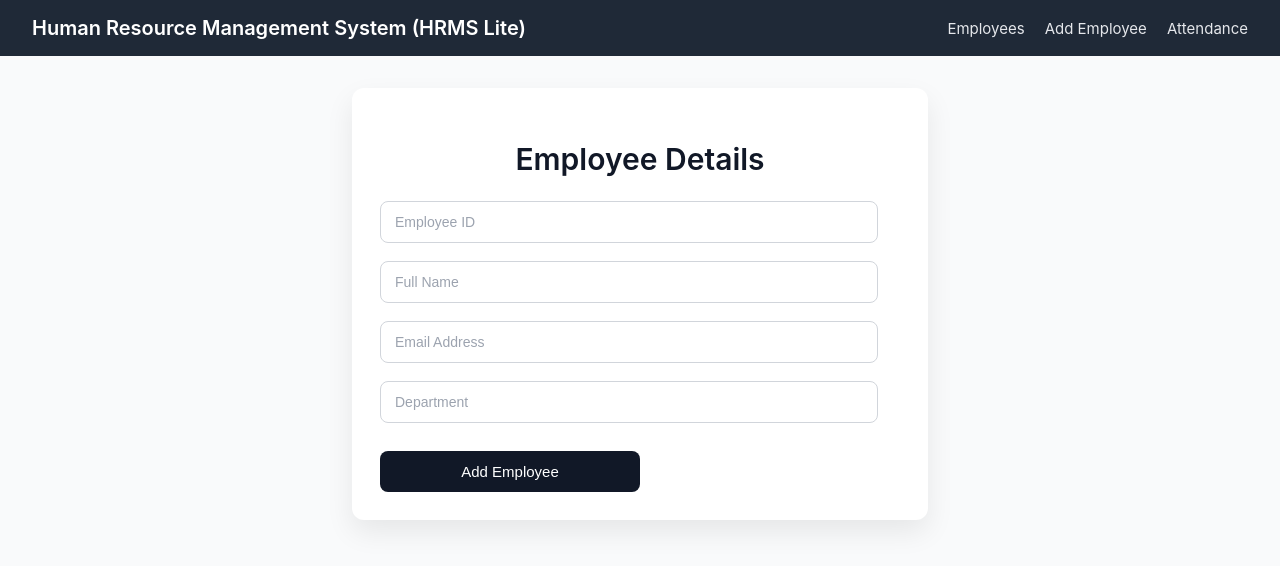
Repository: gautamsonam011/hrmsfrontend
Page: /employees/add
These files come from the project's save history. The page is drawn as it stood at one moment and after the next save; the edit follows.
The browser window is 1280 px wide. The pictures show the whole page.
The project was rebuilt for these pictures with package versions that can differ from the ones it lists, and the page was loaded fresh each time. Also part of the build but not shown: src/components/Loader.jsx, src/components/EmptyState.jsx, src/pages/Employees.jsx, src/components/ErrorState.jsx, src/pages/Attendance.jsx, src/api/attendanceApi.js, src/pages/AddAttendance.jsx.

Above is the page before, as saved 2026-01-31 19:20:01.

### public/index.html
<!DOCTYPE html>
<html lang="en">
  <head>
    <meta charset="utf-8" />
    <link rel="icon" href="%PUBLIC_URL%/favicon.ico" />
    <meta name="viewport" content="width=device-width, initial-scale=1" />
    <meta name="theme-color" content="#000000" />
    <meta
      name="description"
      content="Web site created using create-react-app"
    />
    <link rel="apple-touch-icon" href="%PUBLIC_URL%/logo192.png" />
    <!--
      manifest.json provides metadata used when your web app is installed on a
      user's mobile device or desktop. See https://developers.google.com/web/fundamentals/web-app-manifest/
    -->
    <link rel="manifest" href="%PUBLIC_URL%/manifest.json" />
    <!--
      Notice the use of %PUBLIC_URL% in the tags above.
      It will be replaced with the URL of the `public` folder during the build.
      Only files inside the `public` folder can be referenced from the HTML.

      Unlike "/favicon.ico" or "favicon.ico", "%PUBLIC_URL%/favicon.ico" will
      work correctly both with client-side routing and a non-root public URL.
      Learn how to configure a non-root public URL by running `npm run build`.
    -->
    <title>HRMS</title>
  </head>
  <body>
    <noscript>You need to enable JavaScript to run this app.</noscript>
    <div id="root"></div>
    <!--
      This HTML file is a template.
      If you open it directly in the browser, you will see an empty page.

      You can add webfonts, meta tags, or analytics to this file.
      The build step will place the bundled scripts into the <body> tag.

      To begin the development, run `npm start` or `yarn start`.
      To create a production bundle, use `npm run build` or `yarn build`.
    -->
  </body>
</html>

### src/App.js
import { BrowserRouter, Routes, Route } from "react-router-dom";
import "./style.css";
import Navbar from "./components/Navbar";
import Employees from "./pages/Employees";
import AddEmployee from "./pages/AddEmployee";
import Attendance from "./pages/Attendance";
import AddAttendance from "./pages/AddAttendance";

function App() {
  return (
    <BrowserRouter>
      <Navbar />
      <Routes>
        <Route path="/" element={<Employees />} />
        <Route path="/employees/add" element={<AddEmployee />} />
        <Route path="/attendance/add" element={<AddAttendance />} />
        <Route path="/attendance/:id" element={<Attendance />} />
      </Routes>
    </BrowserRouter>
  );
}

export default App;

### src/style.css

/* Global */
body {
  margin: 0;
  font-family: "Inter", system-ui, -apple-system, BlinkMacSystemFont;
  background-color: #f9fafb;
  color: #111827;
}

/* Page wrapper */
.page {
  padding: 24px;
}

/* Card */
.card {
  background: #ffffff;
  border-radius: 8px;
  padding: 20px;
  box-shadow: 0 4px 12px rgba(0, 0, 0, 0.05);
}

/* Headings */
.page-title {
  font-size: 22px;
  font-weight: 600;
  margin-bottom: 16px;
}

/* Buttons */
.btn {
  padding: 10px 16px;
  border-radius: 6px;
  border: none;
  cursor: pointer;
  font-size: 14px;
}

.btn-primary {
  background-color: #2563eb;
  color: white;
}

.btn-danger {
  background-color: #dc2626;
  color: white;
}

.btn-secondary {
  background-color: #e5e7eb;
}

/* Inputs */
.input,
.select {
  padding: 10px;
  border-radius: 6px;
  border: 1px solid #d1d5db;
  font-size: 14px;
  width: 100%;
}

.input:focus,
.select:focus {
  outline: none;
  border-color: #2563eb;
}

.form-grid {
  display: grid;
  grid-template-columns: repeat(auto-fit, minmax(220px, 1fr));
  gap: 16px;
}

.table {
  width: 90%;
  border-collapse: collapse;
  margin-top: 50px;
  margin:30px;
  background-color:#f8fcfc
}

.table th {
  text-align: left;
  background: #f3f4f6;
  padding: 12px;
  font-size: 13px;
  font-weight: 600;
}

.table td {
  padding: 12px;
  border-bottom: 1px solid #e5e7eb;
  font-size: 14px;
}

.table tr:hover {
  background-color: #f9fafb;
}

/* ===== Add Employee Form ===== */
.employee-form-wrapper {
  display: flex;
  justify-content: center;
  padding: 32px 16px;
}

.employee-form {
  background: #ffffff;
  width: 100%;
  max-width: 520px;
  padding: 28px;
  border-radius: 12px;
  box-shadow: 0 12px 28px rgba(0, 0, 0, 0.08);
}

.employee-form-title {
  font-size: 30px;
  font-weight: 600;
  text-align: center;
  margin-bottom: 24px;
  color: #111827;
}

/* Form fields */
.employee-form-group {
  margin-bottom: 18px;
}

.employee-input {
  width: 90%;
  padding: 12px 14px;
  font-size: 14px;
  border-radius: 8px;
  border: 1px solid #d1d5db;
  transition: all 0.2s ease;
}

.employee-input::placeholder {
  color: #9ca3af;
}

.employee-input:focus {
  outline: none;
  border-color: #1e6475;
  box-shadow: 0 0 0 2px rgba(37, 99, 235, 0.15);
}

/* Submit button */
.employee-submit-btn {
  width: 50%;
  padding: 12px;
  margin-top: 10px;
  font-size: 15px;
  font-weight: 500;
  border-radius: 8px;
  border: none;
  cursor: pointer;
  background-color: #111827;
  color: white;
  transition: background-color 0.2s ease;
}

.employee-submit-btn:hover {
  background-color: #1b2336;
}

### src/components/Navbar.jsx
import { NavLink } from "react-router-dom";

export default function Navbar() {
  return (
    <nav style={styles.nav}>
      <h2 style={styles.logo}>Human Resource Management System (HRMS Lite)</h2>

      <div style={styles.links}>
        <NavLink to="/" style={styles.link}>
          Employees
        </NavLink>
        <NavLink to="/employees/add" style={styles.link}>
          Add Employee
        </NavLink>
        <NavLink to="/attendance" style={styles.link}>
          Attendance
        </NavLink>
      </div>
    </nav>
  );
}

const styles = {
  nav: {
    display: "flex",
    justifyContent: "space-between",
    alignItems: "center",
    padding: "16px 32px",
    backgroundColor: "#1f2937",
    color: "#fff",
  },
  logo: {
    margin: 0,
    fontSize: "20px",
    fontWeight: "600",
  },
  links: {
    display: "flex",
    gap: "20px",
  },
  link: {
    color: "#e5e7eb",
    textDecoration: "none",
    fontSize: "15px",
  },
};

### src/pages/AddEmployee.jsx
import { useState } from "react";
import { addEmployee } from "../api/employeeApi";
import { useNavigate } from "react-router-dom";


export default function AddEmployee() {
  const [form, setForm] = useState({
    employee_id: "",
    full_name: "",
    email: "",
    department: "",
  });
  const navigate = useNavigate();


  const handleSubmit = async (e) => {
    e.preventDefault();
    try {
      await addEmployee(form);
      alert("Employee added successfully");
      navigate("/");

    } catch (err) {
      alert(err.response?.data?.message || "Error");
    }
  };

  return (
    <div className="employee-form-wrapper">
      <form className="employee-form" onSubmit={handleSubmit}>
        <h2 className="employee-form-title">Employee Details</h2>

        <div className="employee-form-group">
          <input
            className="employee-input"
            placeholder="Employee ID"
            onChange={(e) =>
              setForm({ ...form, employee_id: e.target.value })
            }
          />
        </div>

        <div className="employee-form-group">
          <input
            className="employee-input"
            placeholder="Full Name"
            onChange={(e) =>
              setForm({ ...form, full_name: e.target.value })
            }
          />
        </div>

        <div className="employee-form-group">
          <input
            className="employee-input"
            placeholder="Email Address"
            onChange={(e) =>
              setForm({ ...form, email: e.target.value })
            }
          />
        </div>

        <div className="employee-form-group">
          <input
            className="employee-input"
            placeholder="Department"
            onChange={(e) =>
              setForm({ ...form, department: e.target.value })
            }
          />
        </div>

        <button className="employee-submit-btn" type="submit">
          Add Employee
        </button>
      </form>
    </div>
  );

}

### src/api/employeeApi.js
import api from "./axios";

export const getEmployees = () => api.get("/employees/");
export const addEmployee = (data) => api.post("/employees/", data);
export const deleteEmployee = (id) => api.delete(`/employees/${id}/`);

### src/api/axios.js
import axios from "axios";

const api = axios.create({
  baseURL: "http://127.0.0.1:8000/api/v1",
  headers: {
    "Content-Type": "application/json",
  },
});

export default api;

Loaded but not shown: src/index.js (common file); src/index.css (common file); src/reportWebVitals.js (common file)

After the next save:
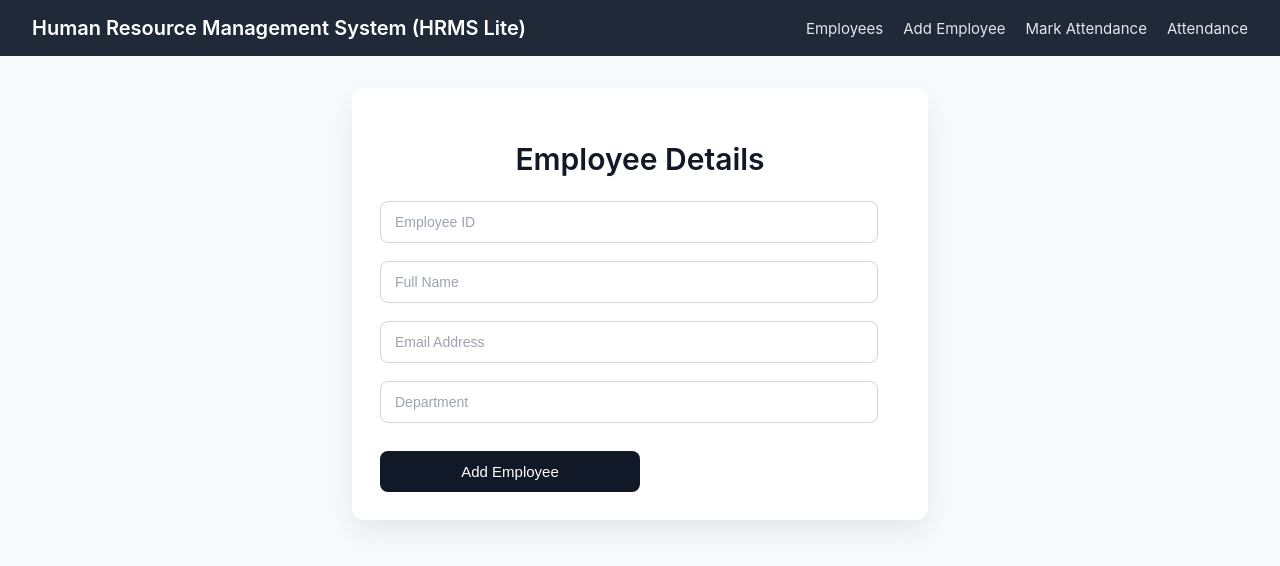
Saved 19 s later.
--- a/src/components/Navbar.jsx
+++ b/src/components/Navbar.jsx
@@ -11,6 +11,9 @@ export default function Navbar() {
         </NavLink>
         <NavLink to="/employees/add" style={styles.link}>
           Add Employee
+        </NavLink>
+        <NavLink to="/attendance/add" style={styles.link}>
+          Mark Attendance
         </NavLink>
         <NavLink to="/attendance" style={styles.link}>
           Attendance
